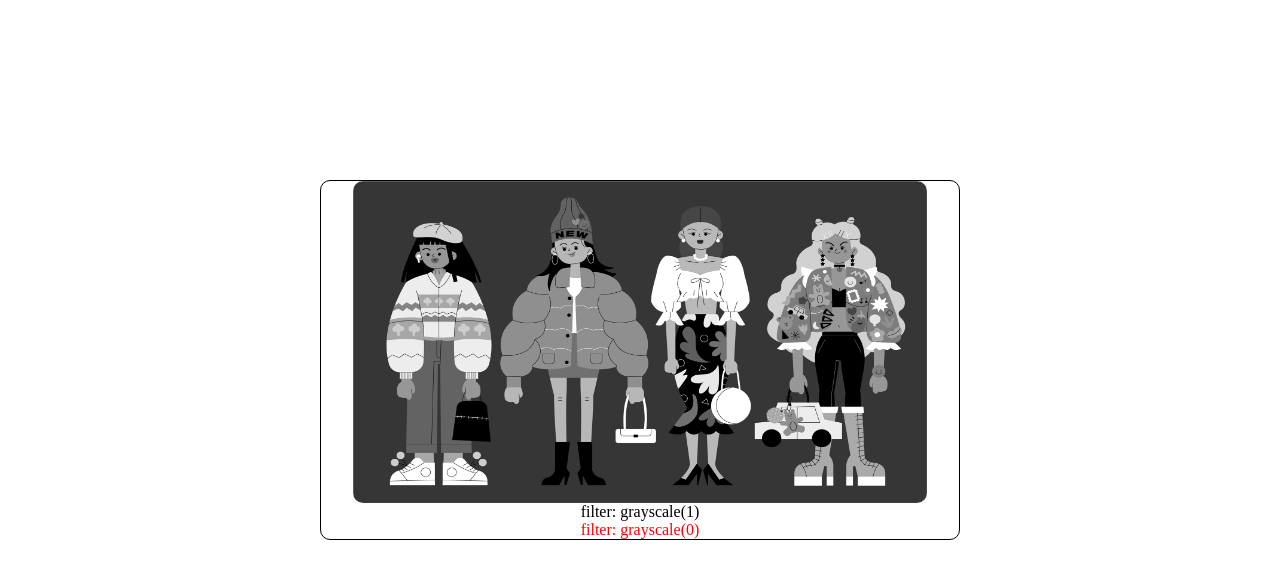
Repository: beva3/javaScrypt
Page: claire-dark/filter-grayscale.html
These files come from the project's save history. The page is drawn as it stood at one moment and after a run of saves; the edit follows.
The browser window is 1280 px wide. The pictures show the whole page.

Above is the page before, as saved 2024-05-10 13:13:41.

After the next 3 saves:
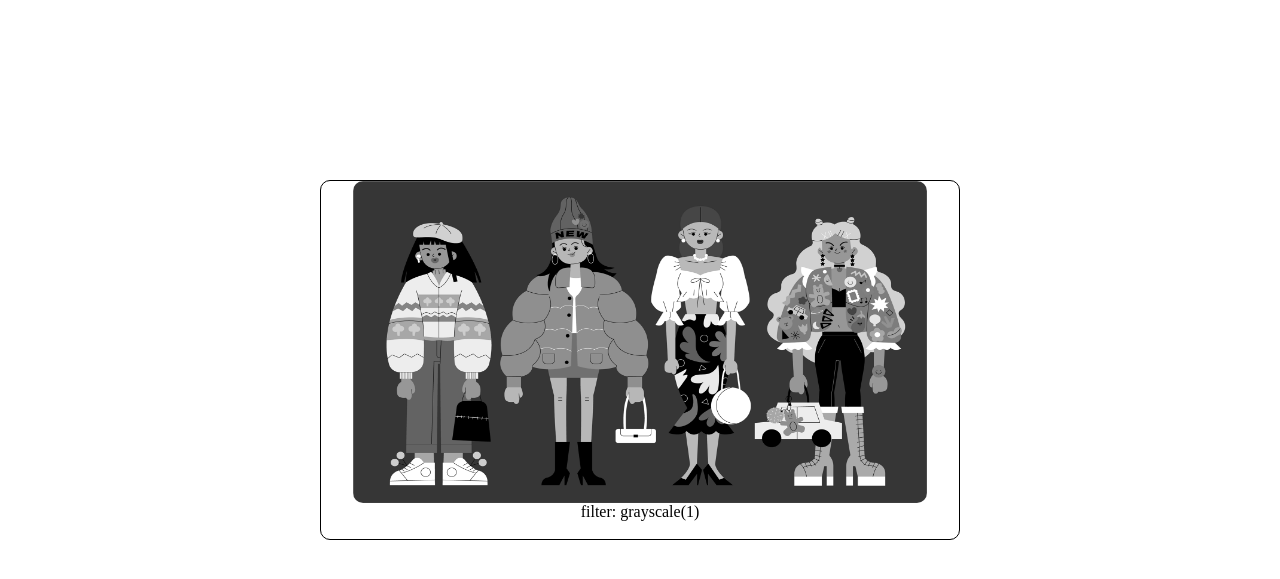
The 3 saves are shown as one change because they came seconds apart.
The last was saved 15 s later.
--- a/claire-dark/filter-grayscale.html
+++ b/claire-dark/filter-grayscale.html
@@ -23,7 +23,7 @@
                 border-radius: 10px;
                 #p0{
                     color: red;
-                    display: ;
+                    visibility: hidden;
                 }
                 img{
                     width: 90%;
